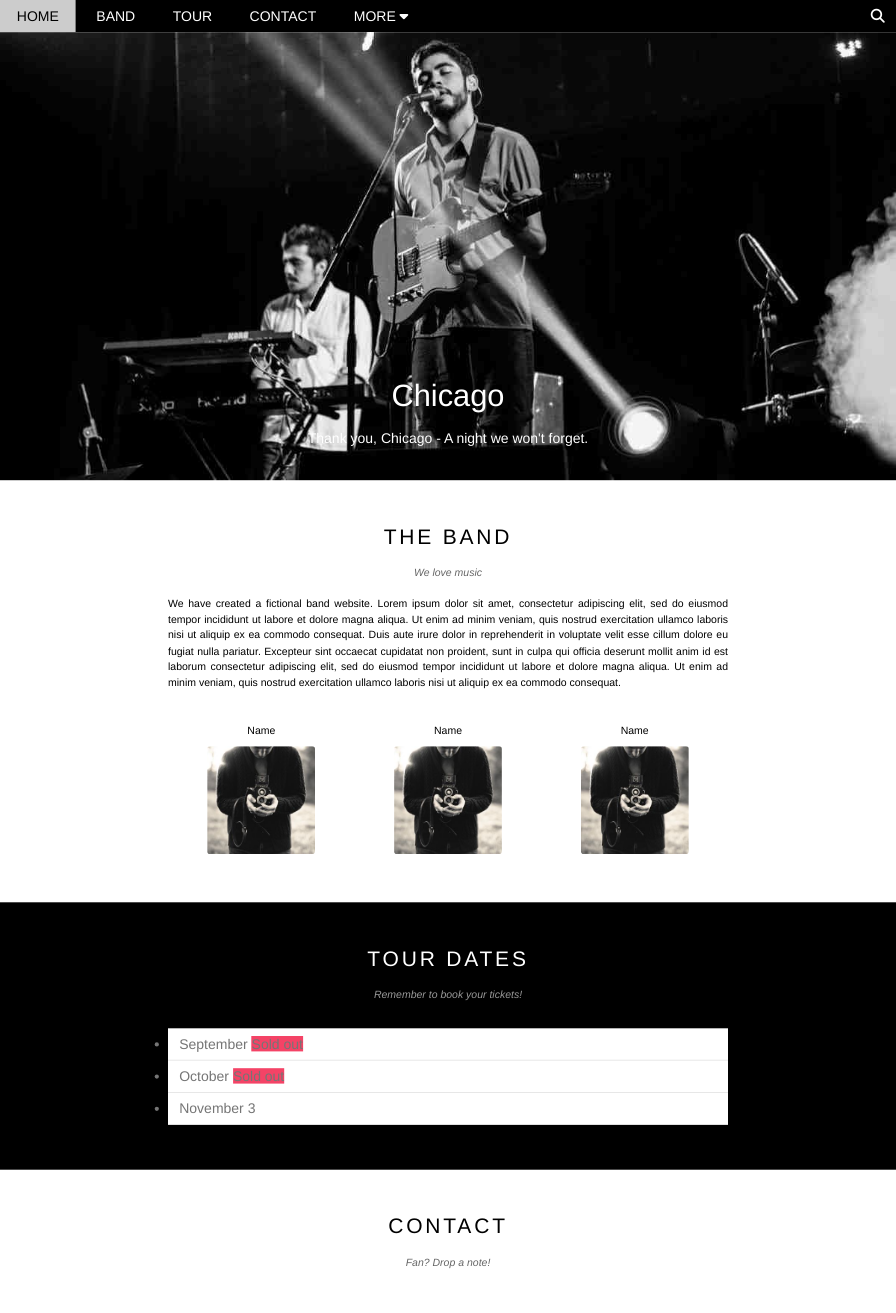
Repository: nugort/nugort.github.io
Page: f8/the-band/index.html
The author's editor kept a copy of each file at every save. The page is drawn from the files as they stood at one save, then again after the next save.
The browser window is 1280 px wide. The pictures show the whole page, at 70% of full size.
Some web libraries are served in a nearby version.

Above is the page before, as saved 2022-02-08 04:31:58.

### f8/the-band/index.html
<!DOCTYPE html>
<html lang="en">

<head>
    <meta charset="UTF-8">
    <meta http-equiv="X-UA-Compatible" content="IE=edge">
    <meta name="viewport" content="width=device-width, initial-scale=1.0">
    <title>Document</title>
    <script src="https://kit.fontawesome.com/28e152e343.js" crossorigin="anonymous"></script>
    <link rel="stylesheet" href="./assets/css/styles.css">
</head>

<body>
    <div id="main">
        <!-- Header -->
        <div id="header">

            <!-- Navigation -->
            <ul id="nav">
                <li>
                    <a href="#">Home</a>
                </li>

                <li>
                    <a href="#">Band</a>
                </li>

                <li>
                    <a href="#">Tour</a>
                </li>

                <li>
                    <a href="#">Contact</a>
                </li>

                <li>
                    <a href="#">More <i class="fas fa-caret-down"></i></a>
                    <ul class="subnav">
                        <li>
                            <a href="#">Merchandise</a>
                        </li>

                        <li>
                            <a href="#">Extras</a>
                        </li>

                        <li>
                            <a href="#">Media</a>
                        </li>
                    </ul>
                </li>
            </ul>

            <!-- Search -->
            <div class="nav-search">
                <a href="#"><i class="nav-search-icon fas fa-search"></i></a>
            </div>
        </div>

        <!-- Slider -->
        <div id="slider">
            <div class="slider-text">
                <h3 class="slider-text-title">
                    Chicago
                </h3>
                <p class="slider-text-dsc">
                    Thank you, Chicago - A night we won't forget.
                </p>
            </div>
        </div>

        <!-- Content -->
        <div id="content">
            <!-- About -->
            <div class="content-section">
                <h2 class="content-section-title">
                    The Band
                </h2>
                <p class="content-section-slogan">
                    We love music
                </p>
                <p class="about-content-section content">We have created a fictional band website. Lorem ipsum dolor sit
                    amet, consectetur adipiscing elit, sed do eiusmod tempor incididunt ut labore et dolore magna
                    aliqua. Ut enim ad minim veniam, quis nostrud exercitation ullamco laboris nisi ut aliquip ex ea
                    commodo consequat. Duis aute irure dolor in reprehenderit in voluptate velit esse cillum dolore eu
                    fugiat nulla pariatur. Excepteur sint occaecat cupidatat non proident, sunt in culpa qui officia
                    deserunt mollit anim id est laborum consectetur adipiscing elit, sed do eiusmod tempor incididunt ut
                    labore et dolore magna aliqua. Ut enim ad minim veniam, quis nostrud exercitation ullamco laboris
                    nisi ut aliquip ex ea commodo consequat.</p>
                <div class="band-members">
                    <div class="member">
                        <p class="member-name">Name</p>
                        <img src="./assets/img/band-members/bandmember.jpg" alt="Name" class="member-avt">
                    </div>

                    <div class="member">
                        <p class="member-name">Name</p>
                        <img src="./assets/img/band-members/bandmember.jpg" alt="Name" class="member-avt">
                    </div>

                    <div class="member">
                        <p class="member-name">Name</p>
                        <img src="./assets/img/band-members/bandmember.jpg" alt="Name" class="member-avt">
                    </div>
                    <div class="clear"></div>
                </div>
            </div>

            <!-- Tour -->
            <div class="tour-section">
                <div class="content-section text-white">
                    <h2 class="content-section-title text-white">
                        TOUR DATES
                    </h2>
                    <p class="content-section-slogan">
                        Remember to book your tickets!
                    </p>

                    <ul class="tickets-list">
                        <li>September <span class="sold-out">Sold out</span></li>
                        <li>October <span class="sold-out">Sold out</span></li>
                        <li>November <span class="tickets-left">3</span></li>
                    </ul>
                </div>
            </div>

            <!-- Contact -->
            <div class="content-section">
                <h2 class="content-section-title">
                    CONTACT
                </h2>
                <p class="content-section-slogan">
                    Fan? Drop a note!
                </p>
            </div>
        </div>

        <div id="footer">

        </div>
    </div>
</body>

</html>

### f8/the-band/assets/css/styles.css
/* 3 kiểu dùng css
- inline (phèn)
- internal (cũng phèn)
-external (đúng đúng đúng) */

/* Các đơn vị hay dùng
* Absolute units
- px
- pt
- cm
- mm
- inch
- picture

* Relative units
- %
- rem (bằng kích cỡ chữ của thẻ html - mặc định là 16px)
- em  (bằng kích cỡ chữ của thẻ cha chứa nó gần nhất có set font-size)
- vw (chiều rộng bằng chiều ngang của màn hình hiển thị)
- vh (chiều cao bằng chiều dọc của màn hình hiển thị) */

/* Hàm trong css
- var(): gọi biến vào
- linearGradient()
- rgba()
- rgb
- calc(): tính toán
- attr() */

/* Pseudo-classes (lớp giả) */

:root {
    --text-color: #FFFFFF;
    --background-color: #00171F;
    --button-color: #003459;
    --other-color: #007EA7;
    --button-2nd-color: #00A8E8;
    --nav-heigh: 46px;
}  /* Đặt biến giống trong ngôn ngữ lập trình khác thôi =))) */

* {
    box-sizing: border-box;
    margin: 0;
    padding: 0;
} /* reset css */

html {
    font-family: Helvetica, sans-serif;
    font-size: 20px;
}
/*
Chọn cùng lúc nhiều Class, ID đưa qua css
Bôi đen điểm chung -> CTRL +  SHIFT + L -> Mũi tên qua phải ( > ) -> CTRL + SHIFT + ( > ) -> CTRL + C
-> Qua file css paste -> ALT + CLICK  -> # -> CTRL + ( > ) -> {}
 */

/*
1. Làm từ ngoài vào trong
2. Làm từ trên xuống dưới
3. Từ tổng quan đến chi tiết
*/

/*
1. Vị trí (Vị trí các phần; Header, Content, ...)
2. Kích thước
3. Màu sắc
4. Styles (Fonts chữ, tròn, vuông, ...)
*/

/*
Chiếc web này gồm
1. Header (Done)
    1.1. Navigation (Done)
    1.2. Search button  (Done)
2. Slider (Done)
3. Content
    3.1. About
    3.2. Tour
    3.3. Contact
    3.4. Img
4. Footer
*/

.clear {
    content: " ";
    clear: both;
}

.text-white {
    color: #FFF !important;
}

#main{

}

#header{
    position: fixed;
    top: 0px;
    left: 0px;
    right: 0px;
    background-color: black;
    height: var(--nav-heigh);
    z-index: 1;
}

#nav {
    display: inline-block;
}

#nav, .subnav {
    list-style-type: none;
}

#nav > li {
    display: inline-block;
}

#nav  li {
    position: relative;
}

#nav > li > a {
    color: #FFFFFF;
    text-transform: uppercase;
}

#nav li a {
    text-decoration: none;
    line-height: var(--nav-heigh);
    padding: 0px 24px;
    /* padding: 12px 24px; */
}

#nav > li:hover .subnav {
    display: block;
}

#nav > li:hover > a {
    display: inline-block;
    color: #000;
    background-color: #CCC;
}

#nav .subnav {
    display: none;
    position: absolute;
    top: 100%;
    left: 0px;
    background-color: #FFF;
    color: #000;
    box-shadow: 0 0 10px rgba(0, 0, 0, 0.3);
}

#nav .subnav a {
    display: block;
    color: #000;
    min-width: 160px;
    padding: 0px 12px;
    line-height: 38px ;
}

#nav .subnav li:hover a {
    color: #000;
    background-color: #CCC;
}

#header .nav-search {
    display: inline-block;
    float: right;
    line-height: var(--nav-heigh);
    padding: 0px 16px ;
}

#header .nav-search a {
    color: #FFF;
}

#header .nav-search:hover {
    background-color: #F44336 !important;
    cursor: pointer;
}

#slider {
    /* background-color: #CCC;
    height: 1000px; */
    position: relative;
    margin-top: var(--nav-heigh);
    padding-top: 50%;
    background: url('/the-band/assets/img/slider-1/chicago.jpg') top center / cover, no-repeat;
    /* https://youtu.be/BmkVXoKoqVA?t=640 */
}

#slider .slider-text{
    color: #FFF;
    position: absolute;
    bottom: 48px;
    /* left: 50%;
    transform: translateX(-50%); */

    /* left: 0px;
    right: 0px; */

    width: 100%;
    text-align: center;
}

#slider .slider-text-title{
    font-size: 220%;
    font-weight: 500;
    font-style: 24px;
    margin-bottom: 25px;
}

#slider .slider-text-dsc{
    font-style: 15px;
}


#content {

}

#content .content-section {
    width: 800px;
    margin: auto;
    padding: 64px 0px;
}

#content .content-section-title {
    font-weight: 500;
    font-size: 30px;
    text-transform: uppercase;
    letter-spacing: 4px;

}

#content .content-section-slogan {
    font-style: italic;
    font-size: 15px;
    margin-top: 25px;
    opacity: 0.6;
}

#content .about-content-section.content {
    font-size: 15px;
    margin-top: 25px;
    text-align: justify;
    line-height: 1.5;
}

#content .content-section-title,
#content .content-section-slogan {
    text-align: center;
}

#content .band-members{
    margin-top: 48px;
}

#content .member {
    text-align: center;
    float: left;
    width: calc(100% / 3);
}

#content .member-name {
    font-size: 15px;
}

#content .member-avt {
    margin-top: 15px;
    width: 154px;
    border-radius: 4px;
}


.tour-section {
    background-color: #000;
}

.tickets-list {
    margin-top: 40px;
    color: #000;
    background-color: #FFF;
}

.tickets-list li {
    color: #757575;
    font: 15px;
    padding: 11px 16px;
    border-bottom: 1px solid #DDD;
}

.tickets-list .sold-out {
    background-color: #F44366;
}

.tickets-list .tickets-left {

}

#footer {

}

After the next save:
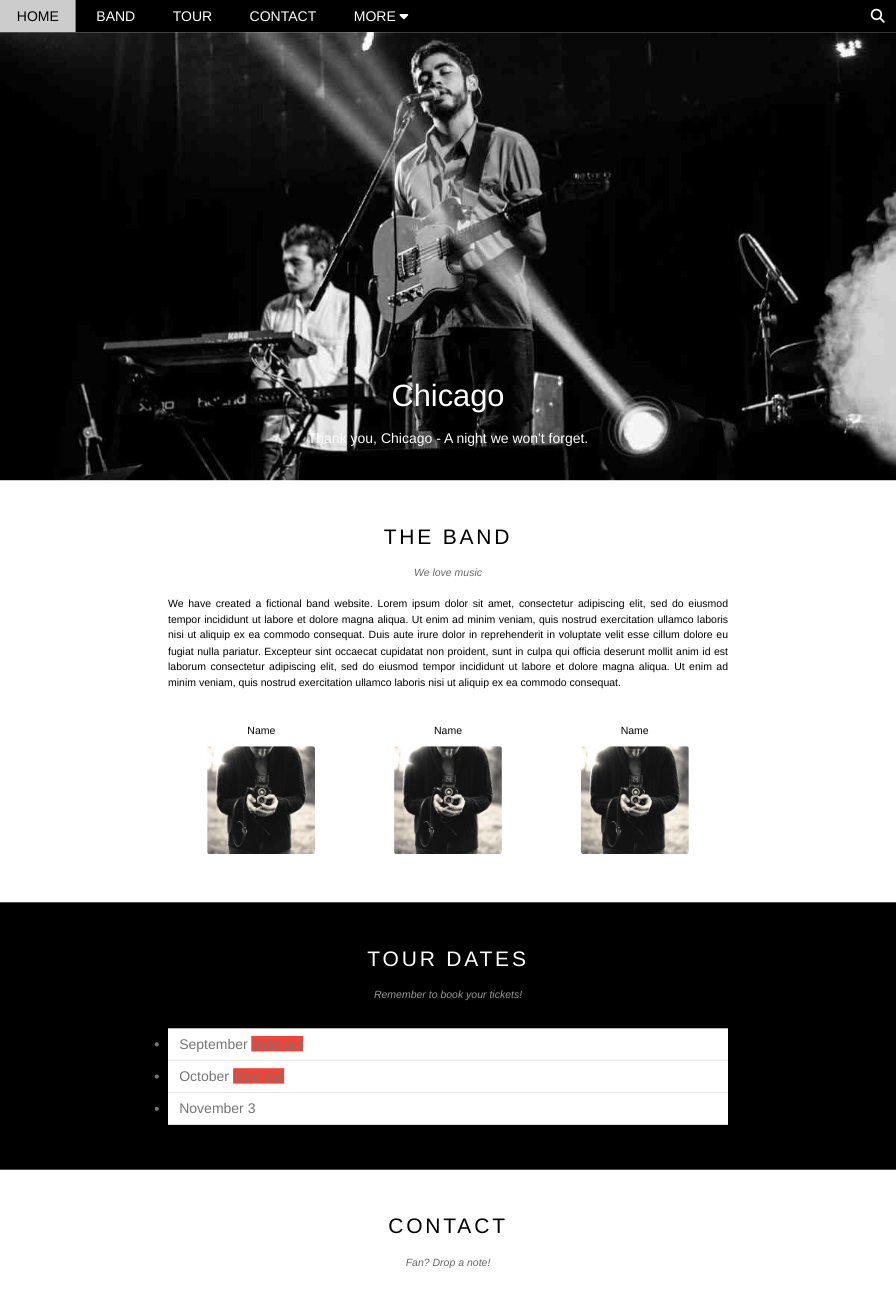
Saved 15 s later.
--- a/f8/the-band/assets/css/styles.css
+++ b/f8/the-band/assets/css/styles.css
@@ -293,7 +293,7 @@ Chiếc web này gồm
 }
 
 .tickets-list .sold-out {
-    background-color: #F44366;
+    background-color: #F44336;
 }
 
 .tickets-list .tickets-left {
